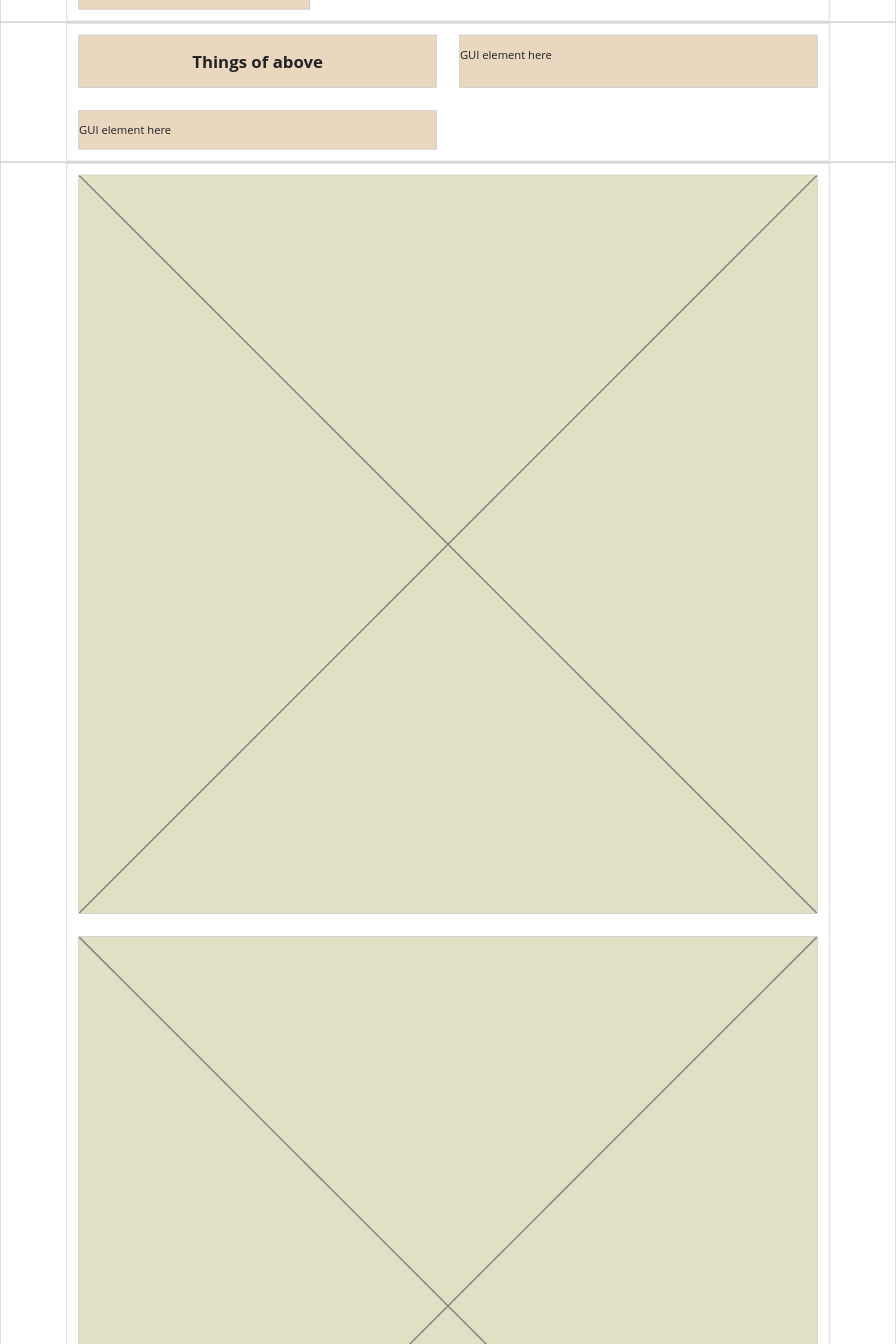
Repository: eilidhma/metrolics
Page: index.html
An editor plug-in stored every save of this project. The page is shown before and after a run of saves, followed by the edit.
The browser window is 1280 px wide. The pictures show the part of the page from y = 3251 to 5171 px (the page is 8041 px tall before and 3907 px after), at 70% of full size.

Above is the page before, as saved 2021-02-02 17:30:10.

After the next 4 saves:
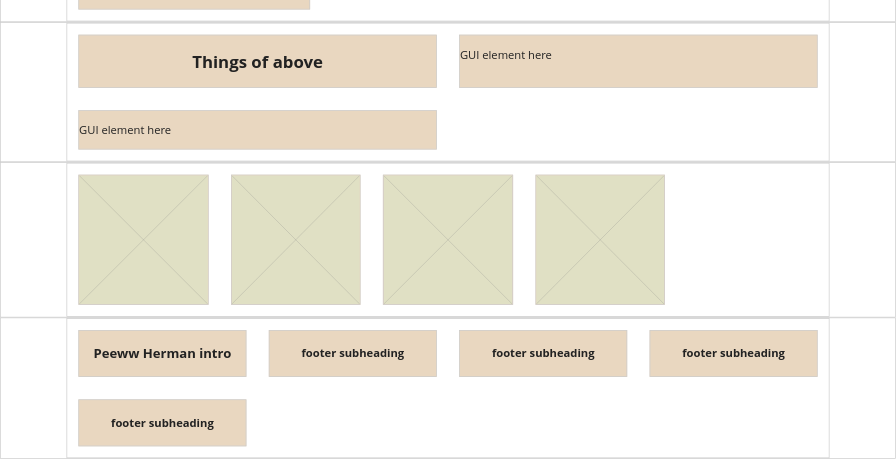
The 4 saves are shown as one change because they came seconds apart.
The last was saved 12 s later.
--- a/css/main.css
+++ b/css/main.css
@@ -128,13 +128,13 @@
     grid-template-columns: 1fr 1fr;
   }
   .m-col-3 {
-    grid-template-columns: repeat(3, f1r);
+    grid-template-columns: repeat(3, 1fr);
   }
   .m-col-4 {
     grid-template-columns: repeat(4, 1fr);
   }
   .m-col-5 {
-    grid-template-columns: repeat(5, f1r);
+    grid-template-columns: repeat(5, 1fr);
   }
 }
 /* Medium only */
